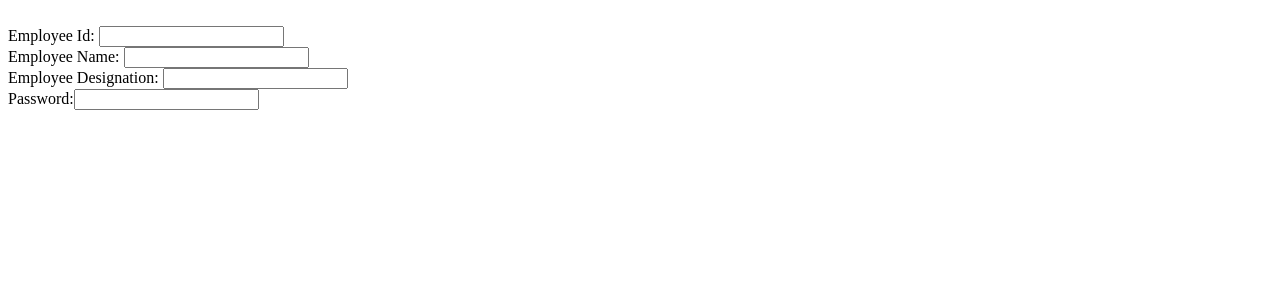
Repository: robin9533/Basic-Programs-App.
Page: GW-Genial Work Proj/GT_GenialToil/WebContent/EmployeeSignup.html
These files come from the project's save history. The page is drawn as it stood at one moment and after the next save; the edit follows.
The browser window is 1280 px wide. The pictures show the whole page.

Above is the page before, as saved 2019-05-10 06:23:28.

### GW-Genial Work Proj/GT_GenialToil/WebContent/EmployeeSignup.html
<!DOCTYPE html>
<html>
<head>
<meta charset="ISO-8859-1">
<title>Employee Registration Form </title>
</head>
<body>
<br>
<Form>
Employee Id: <input type = "text" name="empId"><br>
Employee Name: <input type ="text" name="empName"><br>
Employee Designation: <input type ="text" name = "empDes"><br>
Password:<input type = "password" name = "empPass">

</Form>

</body>
</html>

After the next save:
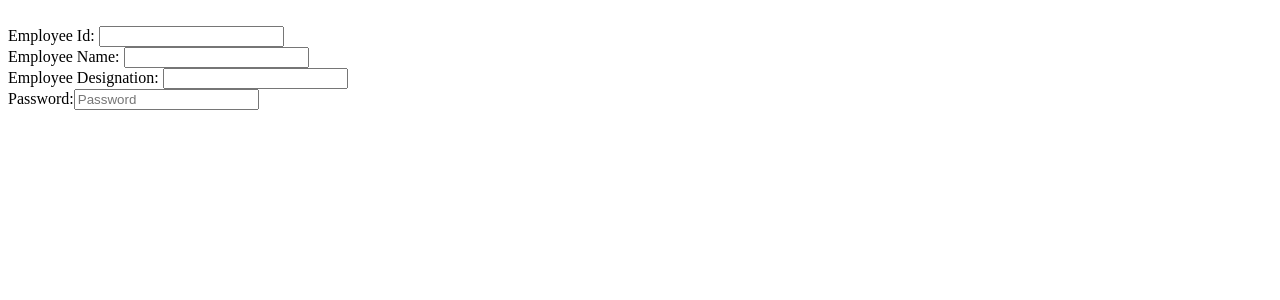
Saved 17 s later.
--- a/GW-Genial Work Proj/GT_GenialToil/WebContent/EmployeeSignup.html
+++ b/GW-Genial Work Proj/GT_GenialToil/WebContent/EmployeeSignup.html
@@ -10,7 +10,7 @@
 Employee Id: <input type = "text" name="empId"><br>
 Employee Name: <input type ="text" name="empName"><br>
 Employee Designation: <input type ="text" name = "empDes"><br>
-Password:<input type = "password" name = "empPass">
+Password:<input type = "password" name = "empPass" placeholder="Password">
 
 </Form>
 
